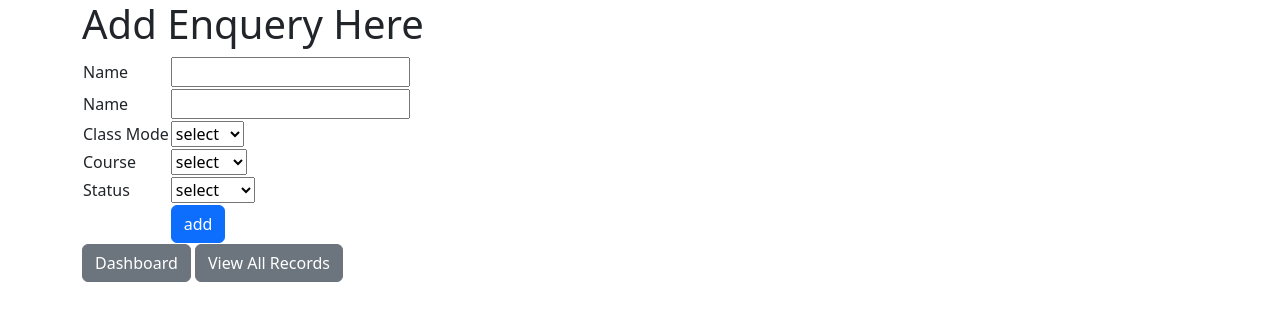
Repository: SaiKumarMupparapu/mini_projects
Page: http://localhost/enquiry
The author's editor kept a copy of each file at every save. The page is drawn from the files as they stood at one save, then again after the next save.
The browser window is 1280 px wide. The pictures show the whole page.
The page is this project's Thymeleaf template; nobody is signed in. The template is opened directly, without the code that normally fills it, so the values that code supplies are empty.

Above is the page before, as saved 2024-04-02 14:30:26.

### Counsellors_portal/src/main/resources/templates/enquiry.html
<!doctype html>
<html lang="en">

<head>
	<meta charset="utf-8">
	<meta name="viewport" content="width=device-width, initial-scale=1">
	<title>Enquiry Form</title>
	<link href="https://cdn.jsdelivr.net/npm/bootstrap@5.3.3/dist/css/bootstrap.min.css" rel="stylesheet"
		integrity="sha384-QWTKZyjpPEjISv5WaRU9OFeRpok6YctnYmDr5pNlyT2bRjXh0JMhjY6hW+ALEwIH" crossorigin="anonymous">

</head>

<body>
	<div class="container">
		<b th:text="${smsg}" style="color: green;"></b>
		<b th:text="${emsg}" style="color: red;"></b>

	</div>
	<div class="container">
		<h1>Add Enquery Here</h1>
		<table>
			<form th:object="${enq}" th:action="@{/add}" method="post">
				<tr>
					<td>Name</td>
					<td><input type="text" th:field="*{name}"></td>
				</tr>
				<tr>
					<td>Name</td>
					<td><input type="text" th:field="*{name}"></td>
				</tr>
				<tr>
					<td>Class Mode</td>
					<td>
						<select name="" id="" th:field="*{classMode}">
							<option value="">select</option>
							<option value="Online">Online</option>
							<option value="Offline">Offline</option>
						</select>
					</td>
				</tr>
				<tr>
					<td>Course</td>
					<td>
						<select name="" id="" th:field="*{course}">
							<option value="">select</option>
							<option value="Java">Java</option>
							<option value="Python">Python</option>
							<option value="PHP">PHP</option>
						</select>
					</td>
				</tr>
				<tr>
					<td>Status</td>
					<td>
						<select name="" id="" th:field="*{status}">
							<option value="">select</option>
							<option value="New">new</option>
							<option value="Enrolled">Enrolled</option>
							<option value="Lost">Lost</option>
						</select>
					</td>
				</tr>
				<tr>
					<td></td>
					<td><input type="submit" class="btn btn-primary" value="add"></td>
				</tr>

			</form>
		</table>



	</div>

	<div class="container">

		<a href="/dashboard" class="btn btn-secondary">Dashboard</a>
		<a href="/view" class="btn btn-secondary">View All Records</a>
	</div>

	<script src="https://cdn.jsdelivr.net/npm/bootstrap@5.3.3/dist/js/bootstrap.bundle.min.js"
		integrity="sha384-YvpcrYf0tY3lHB60NNkmXc5s9fDVZLESaAA55NDzOxhy9GkcIdslK1eN7N6jIeHz"
		crossorigin="anonymous"></script>
</body>

</html>

After the next save:
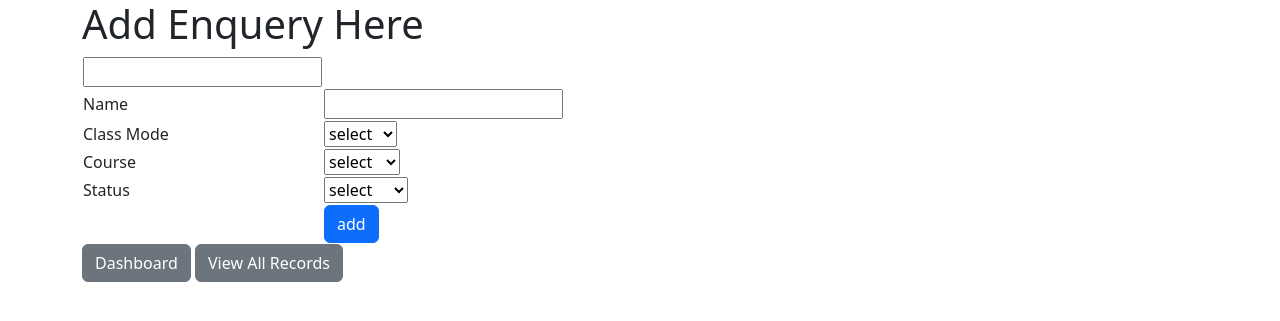
Saved 16 s later.
--- a/Counsellors_portal/src/main/resources/templates/enquiry.html
+++ b/Counsellors_portal/src/main/resources/templates/enquiry.html
@@ -21,7 +21,6 @@
 		<table>
 			<form th:object="${enq}" th:action="@{/add}" method="post">
 				<tr>
-					<td>Name</td>
 					<td><input type="text" th:field="*{name}"></td>
 				</tr>
 				<tr>
